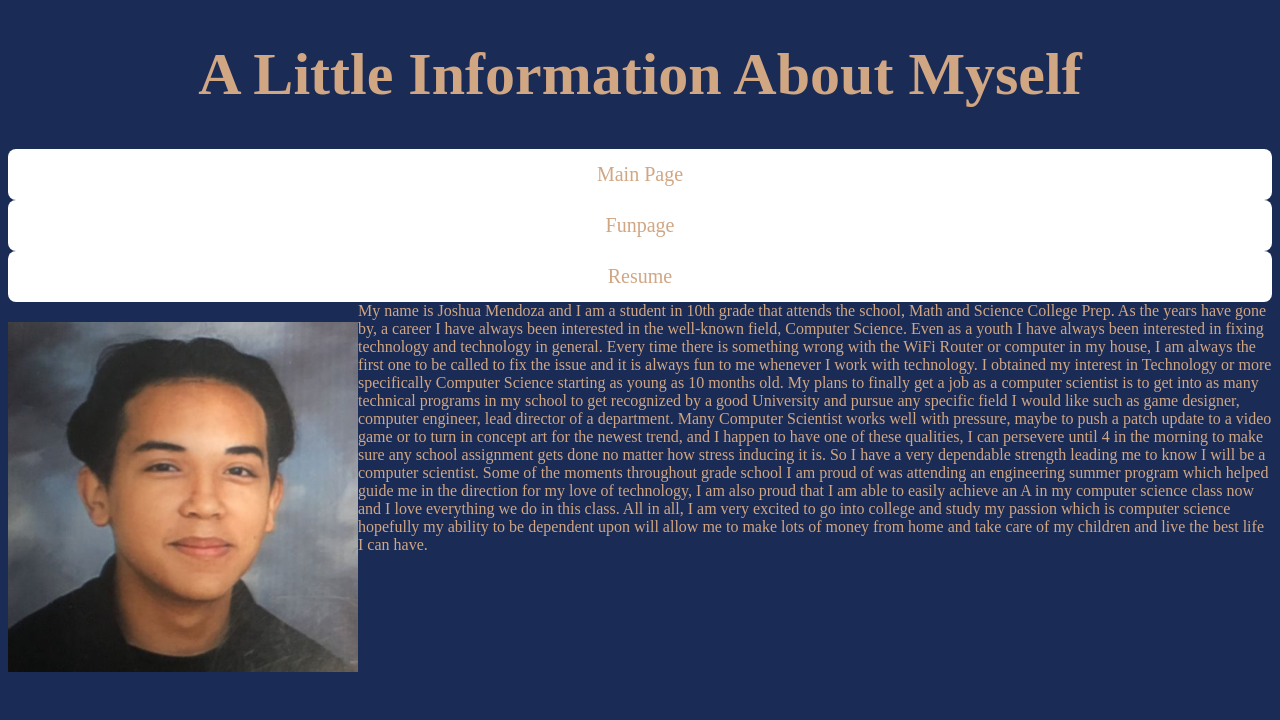
Repository: jjoshuaa0312/jjoshuaa0312.github.io
Page: Aboutme.html
The author's editor kept a record of every edit. The page is drawn from the files as they stood at one moment, then again after the next edit.
The browser window is 1280 px wide. The pictures show the whole page.

Above is the page before.

### Aboutme.html
<!DOCTYPE html>
<html>

 <h1><center>A Little Information About Myself</center> </h1>
 <link href="index.css" type="text/css" rel="stylesheet">
<head>

  <div class="share">
  <a href= "index.html">Main Page</a>
  <a href= "funpage.html">Funpage</a>
  <a href= "resume.html">Resume</a>
  </head>


<div class="floating-box"> <p><img src="me.jpeg"></div>
 My name is Joshua Mendoza and I am a student in 10th grade that attends the school, Math and Science College Prep. As the years have gone by,
 a career I have always been interested in the well-known field, Computer Science.
 Even as a youth I have always been interested in fixing technology and technology in general.
 Every time there is something wrong with the WiFi Router or computer in my house, I am always the first one
 to be called to fix the issue and it is always fun to me whenever I work with technology. I obtained my interest
 in Technology or more specifically Computer Science starting as young as 10 months old. My plans to finally get a job as
 a computer scientist is to get into as many technical programs in my school to get recognized by a good University and pursue any
 specific field I would like such as game designer, computer engineer, lead director of a department. Many Computer Scientist works
 well with pressure, maybe to push a patch update to a video game or to turn in concept art for the newest trend, and I happen to
 have one of these qualities, I can persevere until 4 in the morning to make sure any school assignment gets done no matter how
 stress inducing it is. So I have a very dependable strength leading me to know I will be a computer scientist. Some of the
 moments throughout grade school I am proud of was attending an engineering summer program which helped guide me in the
 direction for my love of technology, I am also proud that I am able to easily achieve an A in my computer science class
 now and I love everything we do in this class. All in all, I am very excited to go into college and study my passion which
 is computer science hopefully my ability to be dependent upon will allow me to make lots of money from home and take care
 of my children and live the best life I can have. </p>

</html>

### index.css
p{
  font-family: Helvetica;
  font-family: 40px;
  color: #D1A683;
}

p2{
  font-size: 40px;
  text-align: center;
  color: #D1A683;
}




body {
    background-color: #1A2c56;
}

h1{
  font-size: 60px;
  color: #D1A683;
  text-align: center;
}

h2{
  font-size: 20px;
  color: #D1A683;
  text-align: center;

}

a {
    color: #D1A683;
    background-color: white;
   border-radius: 8px;
   text-align: center;
    text-decoration: none;
    font-size: 20px;
    cursor: pointer;
    padding: 14px 20px;
    border: 1px gold;
    display: block;
}

a:hover {
    cursor: pointer;
  position: relative;
  transition: 0.5s;
  text-align: center;
}



div {
  color: #D1A683;
}


img {
    float: right;
    width: 350px;
}

.floating-box{
    float: left;
    font-family: monospace;
    font-size: 20px;
}


p3{
  font-size: 20px;
  color: #D1A683;
}


a2{
  float: center;
  color: #D1A683;
    background-color: white;
   border-radius: 8px;
   text-align: center;
    text-decoration: none;
    font-size: 20px;
    cursor: pointer;
    padding: 14px 20px;
    border: 1px gold;
}


.grid {
  display: grid;
  border: 2px;
  height: 500px;
  width:400px;
  grid-gap: 40px 130px;
  grid-template: repeat(3, 1fr) / 3fr 87.5% 1fr;
}

.box {
  background-color: beige;
  color: black;
  border-radius: 5px;
  border: 3px #1A2c56;
}


p5{
  float: right;
  font-size: 25px;
}

h3{
  font-size: 32px;
}

p4{
  font-size: 25px;
  color: #D1A683;
}

h4{
  font-size: 40px;
  float: center;
}

After the next edit:
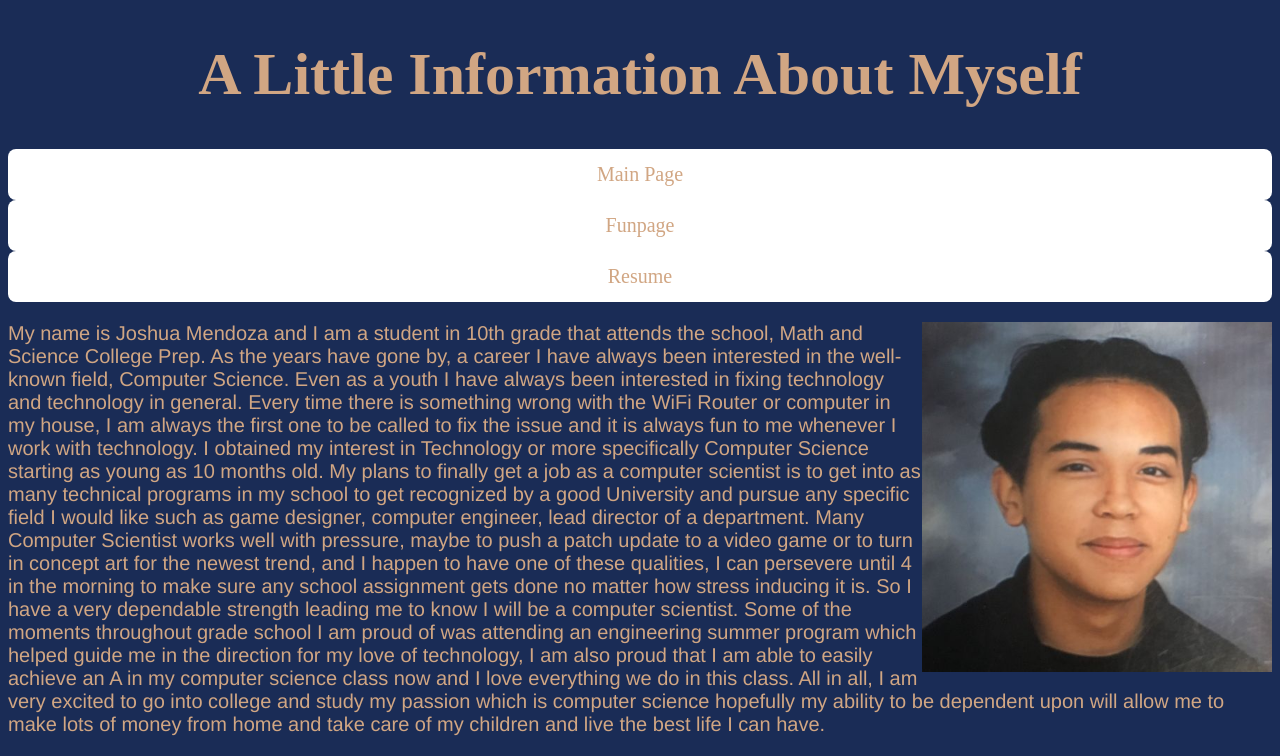
The edit:
--- a/Aboutme.html
+++ b/Aboutme.html
@@ -12,8 +12,8 @@
   </head>
 
 
-<div class="floating-box"> <p><img src="me.jpeg"></div>
- My name is Joshua Mendoza and I am a student in 10th grade that attends the school, Math and Science College Prep. As the years have gone by,
+<div class="floating-box"> <p><img src="me.jpeg">
+ <p>My name is Joshua Mendoza and I am a student in 10th grade that attends the school, Math and Science College Prep. As the years have gone by,
  a career I have always been interested in the well-known field, Computer Science.
  Even as a youth I have always been interested in fixing technology and technology in general.
  Every time there is something wrong with the WiFi Router or computer in my house, I am always the first one
